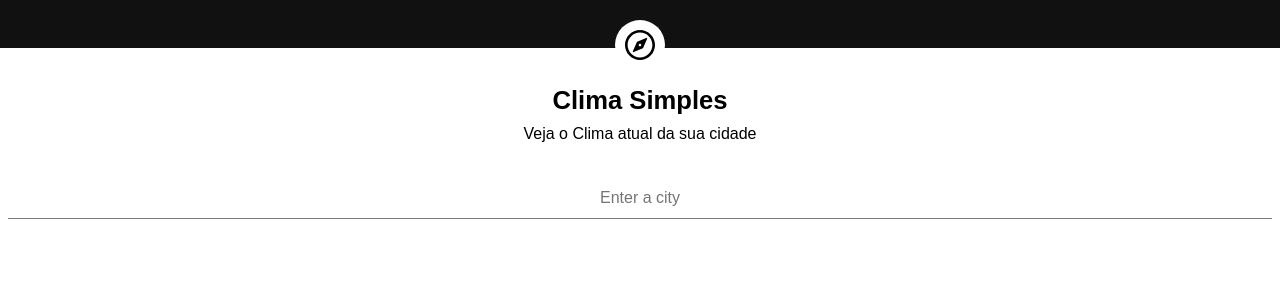
Repository: wellingtondevops/appWeather
Page: http://localhost/
An editor plug-in stored every save of this project. The page is shown before and after the next save, followed by the edit.
The browser window is 1280 px wide. The pictures show the whole page.
The page is served by the project's Node server (app.js).

Above is the page before, as saved 2020-09-17 11:38:25.

### views/index.ejs
<!DOCTYPE html>
<html lang="en">
  <head>
    <!-- Required meta tags -->
    <meta charset="utf-8" />
    <meta
      name="viewport"
      content="width=device-width, initial-scale=1, shrink-to-fit=no"
    />
    <!-- Bootstrap CSS -->
    <link rel="stylesheet" href="#" />

    <title>Clima App</title>
    <link rel="stylesheet" href="/css/style.css"
  </head>
  <body>
    <div class="container">
      <header>
        <div class="compass-icon"><img src="/icons/compass.svg" alt="" /></div>
      </header>
      <div class="weather-title">
        <h1>Clima Simples</h1>
        <p>Veja o Clima atual da sua cidade</p>
      </div>
      <form action="/" method="POST">
        <input
          type="text"
          name="city"
          class="ghost-input"
          placeholder="Enter a city"
        />
      </form>
      <div class="result">
        <% if (temp!== null) {%>
        <h1 class="temp"><%= temp %></h1>
        <% } %>
        <div class="icons-des">
          <% if (icon!== null) {%>
          <img
            clas="icon"
            src="https://openweathermap.org/img/w/<%= icon %>.png"
            alt=""
          />
          <% } %> <% if (des!== null) {%>
          <h3><%= des %></h3>
          <% } %>
        </div>
        <% if (city!== null) {%>
        <p class="city"><%= city %></p>
        <% } %>
      </div>
    </div>
  </body>
</html>

### app.js
const express = require('express')
const app = express()

//middleware

app.use(express.static('public'))
app.use(express.urlencoded({extended:true}))

//Import Routes
const weatherRoute = require('./routes/weather')

// Use view Engine
app.set('view engine','ejs')

//Middleare Route

app.use('/', weatherRoute)

const PORT = process.env.PORT || 3000


app.listen(PORT, ()=>console.log(`Server starting at port ${PORT}`))

### routes/weather.js
const { response } = require('express')
const fetch = require('node-fetch')

const router = require('express').Router()
require('dotenv').config()


router.get("/", (req, res) => {
    res.render('index', {
        city: null,
        des: null,
        icon: null,
        temp: null

    })

})


router.post('/', async (req, res) => {
    const city = req.body.city
    const url_api = `http://api.openweathermap.org/data/2.5/weather?q=${city}&appid=${process.env.API_KEY}`


    try {
        await fetch(url_api)
            .then(res => res.json())
            .then(data => {
                if (data.message === 'city not found') {
                    res.render('index', {
                        city: data.message,
                        des: null,
                        icon: null,
                        temp: null
                    })

                }else{
                    let k = 273.15

                    const city = data.name;
                    const des = data.weather[0].description
                    const icon = data.weather[0].icon
                    const temp = Math.round(data.main.temp - k)


                    res.render('index',{
                        city, des,icon, temp
                    })
                }
            })

    } catch (error) {
        res.render('index',{
            city: 'something wrong"',
            des:null,
            temp:null,
            icon:null
        })

    }


})





module.exports = router

### public/css/style.css
* {
    margin: 0;
    padding: 0;
    box-sizing: border-box;
}

body {
    font-family: Arial, Helvetica, sans-serif;
    line-height: 1.6;
}

header{
    background: #111;
    height: 3rem;
    width: 100%;
    position: relative;
}


header .compass-icon{
    width: 50px;
    height: 50px;
    background: #fff;
    padding: 10px;
    position: absolute;
    left: 50%;
    top:20px;
    transform: translate(-50%);
    border-radius: 50%;
}


.weather-title {
    margin: 2rem 0;
    text-align: center;
  }

  .weather-title h1 {
    font-weight: bold;
    font-size: 1.6rem;
  }

  form {
    padding: 0 .5rem;
  }

  form input {
    width: 100%;
    height: 2.5rem;
    font-size: 1rem;
    outline: none;
    border: none;
    text-align: center;
    border-bottom: 1px solid #807a7a;
  }

  .result {
    text-align: center;
  }

  .result .temp {
    font-size: 2rem;
    margin-top: 2rem;
    position: relative;
  }

  .result .temp::after {
    content: 'o C';
    position: absolute;
    font-size: 15px;
    top: -5px;
    right: 7rem;
  }

  .result .icon-des {
    display: flex;
    align-items: center;
    justify-content: center;
  }

  .result .icon-des .icon {
    margin-right: 1rem;
  }

  .result .city {
    font-size: 1rem;
  }

### public/icons/compass.svg
<?xml version="1.0" encoding="iso-8859-1"?>
<!-- Generator: Adobe Illustrator 19.0.0, SVG Export Plug-In . SVG Version: 6.00 Build 0)  -->
<svg version="1.1" id="Capa_1" xmlns="http://www.w3.org/2000/svg" xmlns:xlink="http://www.w3.org/1999/xlink" x="0px" y="0px"
	 viewBox="0 0 490.667 490.667" style="enable-background:new 0 0 490.667 490.667;" xml:space="preserve">
<g>
	<g>
		<path d="M245.333,0C110.059,0,0,110.059,0,245.333s110.059,245.333,245.333,245.333s245.333-110.059,245.333-245.333
			S380.608,0,245.333,0z M245.333,448c-111.744,0-202.667-90.923-202.667-202.667S133.589,42.667,245.333,42.667
			S448,133.589,448,245.333S357.077,448,245.333,448z"/>
	</g>
</g>
<g>
	<g>
		<path d="M359.552,131.136c-3.093-3.115-7.765-4.011-11.755-2.261l-149.333,64c-2.517,1.067-4.523,3.093-5.611,5.611l-64,149.333
			c-1.728,4.011-0.832,8.661,2.261,11.755c2.048,2.005,4.779,3.093,7.552,3.093c1.408,0,2.837-0.299,4.203-0.853l149.333-64
			c2.517-1.088,4.523-3.093,5.611-5.611l64-149.333C363.52,138.859,362.624,134.208,359.552,131.136z M245.333,266.667
			c-11.755,0-21.333-9.579-21.333-21.333c0-11.755,9.579-21.333,21.333-21.333c11.755,0,21.333,9.579,21.333,21.333
			C266.667,257.088,257.088,266.667,245.333,266.667z"/>
	</g>
</g>
<g>
</g>
<g>
</g>
<g>
</g>
<g>
</g>
<g>
</g>
<g>
</g>
<g>
</g>
<g>
</g>
<g>
</g>
<g>
</g>
<g>
</g>
<g>
</g>
<g>
</g>
<g>
</g>
<g>
</g>
</svg>

After the next save:
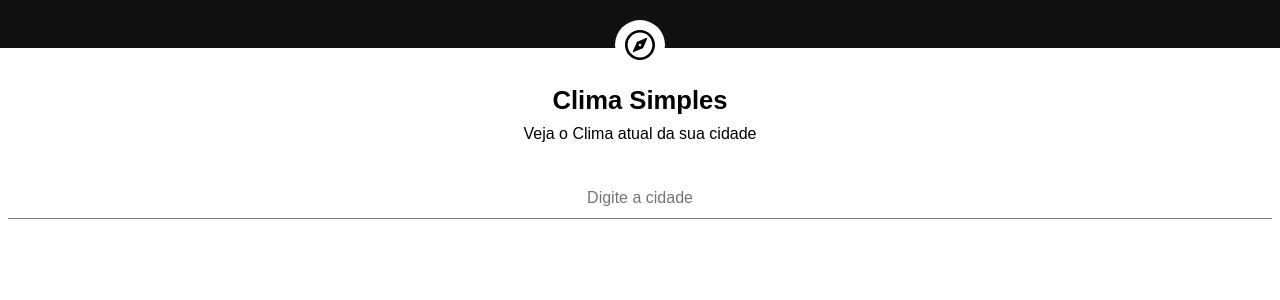
Saved 55 s later.
--- a/views/index.ejs
+++ b/views/index.ejs
@@ -27,7 +27,7 @@
           type="text"
           name="city"
           class="ghost-input"
-          placeholder="Enter a city"
+          placeholder="Digite a cidade"
         />
       </form>
       <div class="result">
